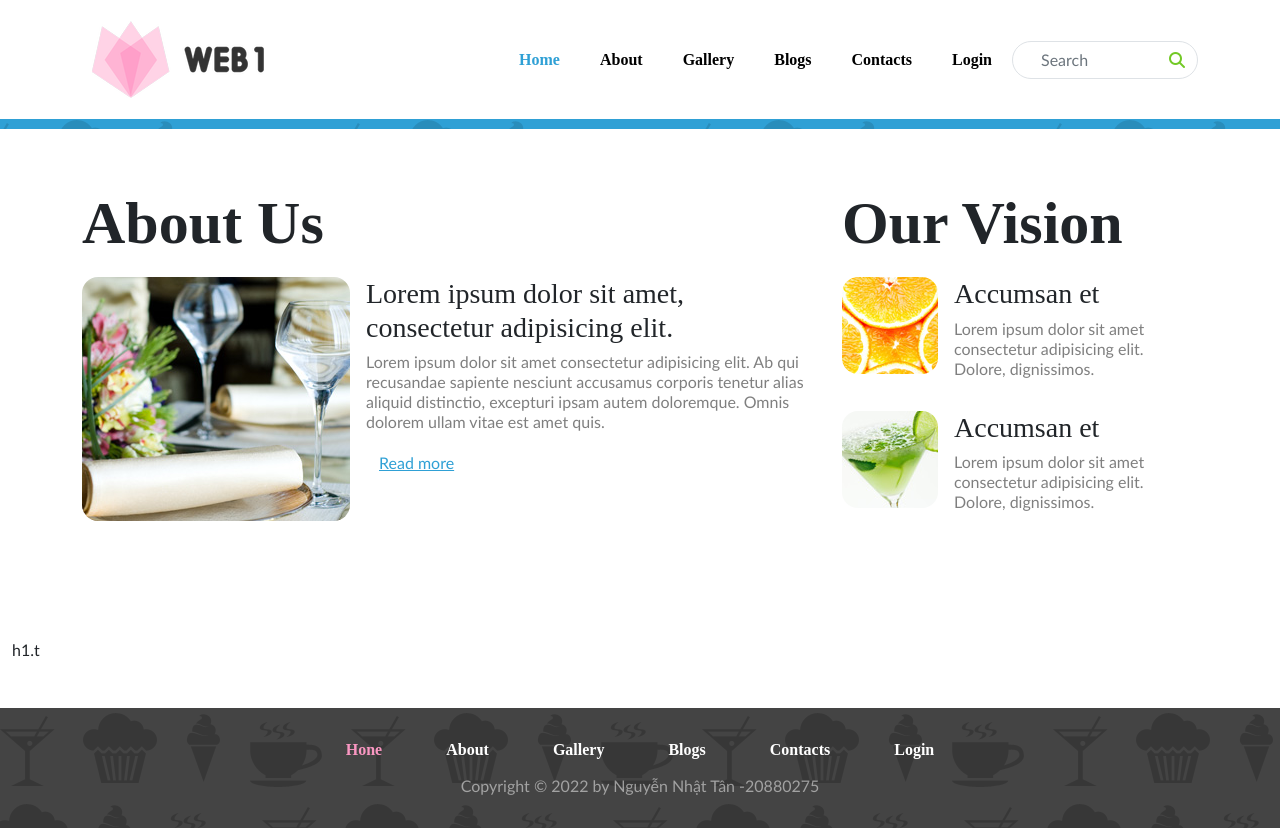
Repository: carembanhkem/web1-20880275
Page: about.html
An editor plug-in stored every save of this project. The page is shown before and after a run of saves, followed by the edit.
The browser window is 1280 px wide. The pictures show the whole page.
Some web fonts or font styles are not loaded; a fallback is used. Some web libraries are served in a nearby version.

Above is the page before, as saved 2023-02-06 11:29:27.
Console error: ReferenceError: bootstrap is not defined

After the next 2 saves:
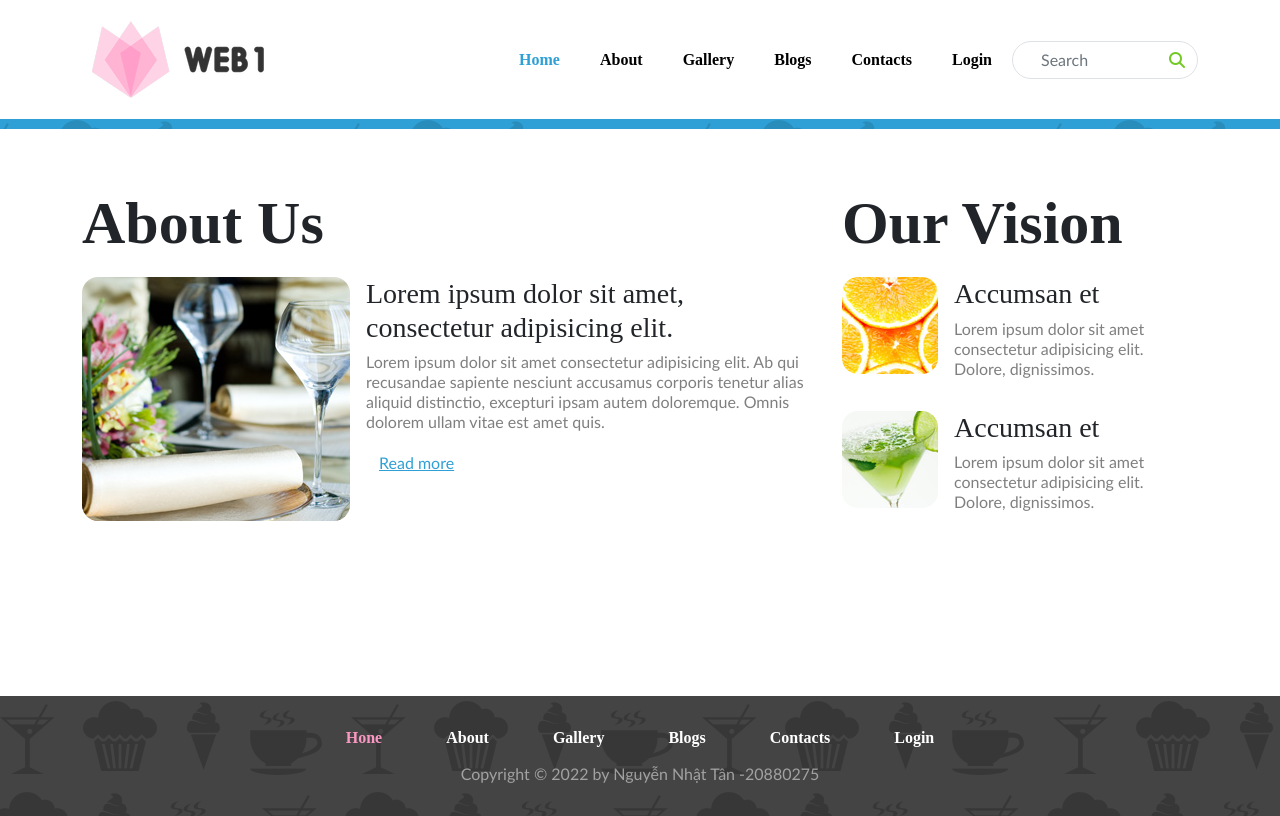
The 2 saves are shown as one change because they came seconds apart.
The last was saved 6 s later.
--- a/about.html
+++ b/about.html
@@ -89,7 +89,7 @@
     </section>
     <!-- Testimonials-->
     <section class="container-fluid py-5" id="testimonials">
-        h1.t
+        <h1 class="text-white"></h1>
     </section>
 
     <!-- Footer -->
